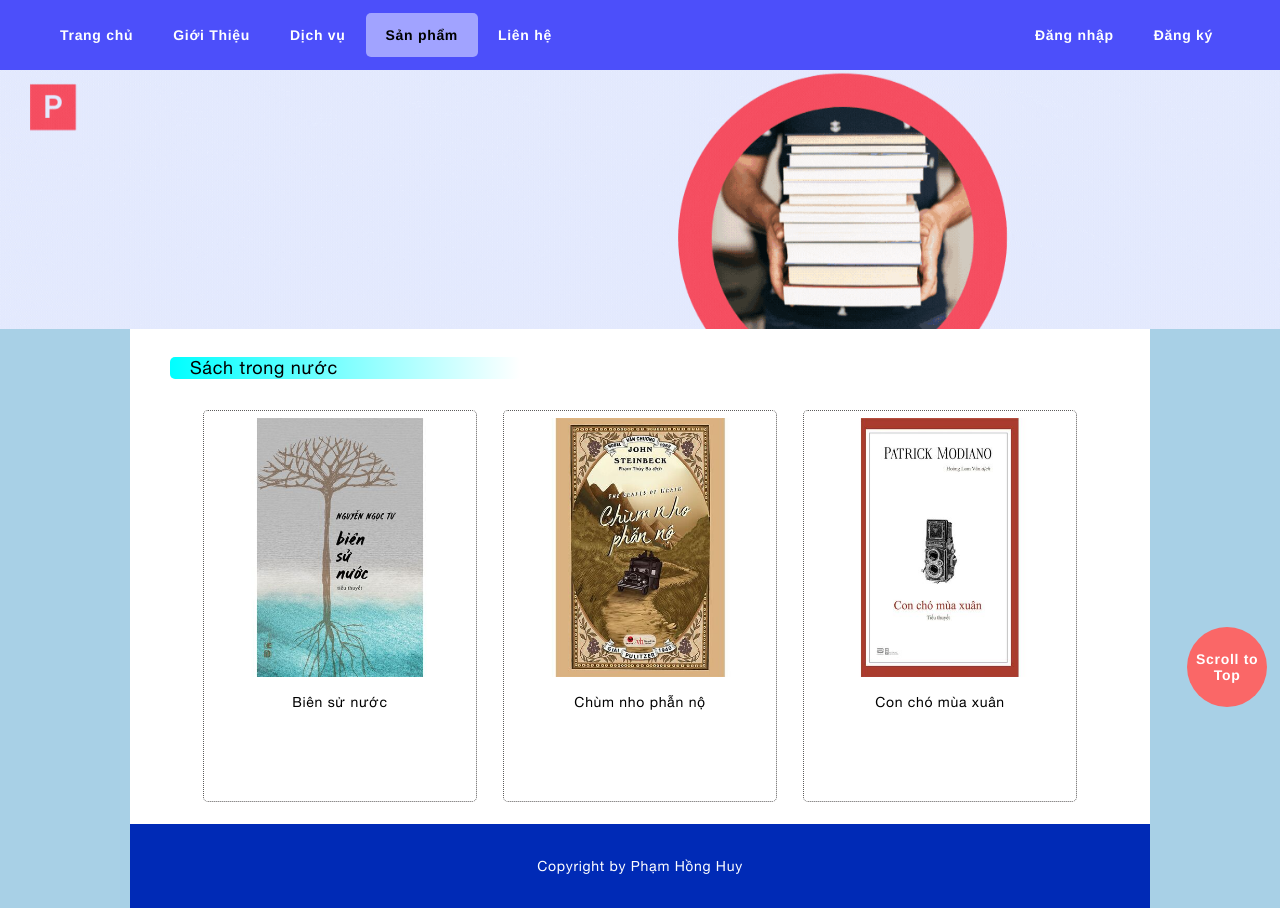
Repository: phamhonghuy/bookstore
Page: product.html
An editor plug-in stored every save of this project. The page is shown before and after the next save, followed by the edit.
The browser window is 1280 px wide. The pictures show the whole page.

Above is the page before, as saved 2021-10-14 23:23:56.

### product.html
<!DOCTYPE html>
<html lang="en">
<head>
    <meta charset="UTF-8">
    <title> Bookshop: Buy books online. Support local bookstores.</title>
    <link rel="stylesheet" href="css/style.css" type="text/css" />
    <link rel="shortcut icon" href="./image/Logo.png" />
</head>


<div class="navbar">
  <ul>
    <li><a href="./index.html">Trang chủ</a></li>
    <li><a href="./about.html">Giới Thiệu</a>
          <ul class="GT">
            <li><a href="#">Chính sách</a></li>
            <li><a href="#">Mua hàng</a></li>
            <li><a href="#">Thanh toán</a>
            </li>
          </ul>
    </li>
    <li><a href="./services.html">Dịch vụ</a>
        <ul class="GT">
        <li><a href="#">Đọc Online</a></li>
        <li><a href="#">Tư liệu</a></li>
        </li>
        </ul>
    </li>
    <li><a class="active" href="./product.html">Sản phẩm</a>
        <ul class="GT">
        <li><a href="#">Sách trong nước</a></li>
        <li><a href="#">Sách nước ngoài</a></li>
        <li><a href="#">Sách số</a>
        </li>
        </ul>
    </li>
    <li><a href="./contact.html">Liên hệ</a></li>
  </ul>
  <div class ="login">
      <ul>
        <li><a href="./login.html">Đăng nhập</a></li>
        <li><a href="./signup.html"> Đăng ký</a></li>
      </ul>
  </div>
</div>
  <div class="header">
    <h1></h1>

  </div>


  <div class="row">
  <div class="main-product-container">
    <div class="product-container">
      <div class="product-title"><p class="ebook-title-text">Sách trong nước</p></div>
      <div class="product-item">
        <div class="item">
          <a href="./item1.html"> <img src="./image/book1.jpg" alt="item1"></a>
          <p>Biên sử nước</p>
          <form>
            <button name="buy_button" type="submit" onclick="alert('Bấm vào bìa sách để xem chi tiết')" value="1">Tìm hiểu thêm</button>
          </form>
        </div>
        <div class="item">
          <a href="./item2.html"> <img src="./image/book2.jpg" alt="item1"></a>
          <p>Chùm nho phẫn nộ</p>
          <form>
            <button name="buy_button" type="submit" onclick="alert('Bấm vào bìa sách để xem chi tiết')" value="1">Tìm hiểu thêm</button>
          </form>
        </div>
        <div class="item">
          <a href="./item3.html"> <img src="./image/book3.jpg" alt="item1"></a>
          <p>Con chó mùa xuân</p>
          <form>
            <button name="buy_button" type="submit" onclick="alert('Bấm vào bìa sách để xem chi tiết')" value="1">Tìm hiểu thêm</button>
          </form>
        </div>
      </div>
    </div>

    <button onclick='window.scrollTo({top: 0, behavior: "smooth"});' class="scrollTotop">Scroll to Top</button>

  </div>

  <div class="footer">
    <p>Copyright by Phạm Hồng Huy</p>
  </div>

</html>

### css/style.css
html {
  scroll-behavior: smooth;
}
* {
    box-sizing: border-box;
    font-family: Helvetica;
    letter-spacing: 0.7px;
    font-size: 14px;
  }
  @font-face {
    font-family:Helvetica;
    src: url(/font/helveticaneue.ttf);
}


body {
    font-family:inherit;
    margin: auto;
    font-size: 1em;
    min-width: 1200px;
    background-color: #A8D0E6;

  }

.header {
    text-align: center;
    height: 25vmax;
    background: #42c9ff;
    color: white;
    background-image: url(../image/Banner.gif);
    background-repeat: no-repeat;
    background-size:cover;
    min-width: 900px;
    width: 100%;
  }

.navbar {
    display: flex;
    background-color: rgb(76, 79, 250);
    position:fixed;
    top: 0;
    width: 100%;
    height: 70px;
    align-items: center;
    z-index: 5;
  }
.navbar .active {
    background-color: rgb(161, 163, 255);
    color:#000;
    border-radius: 5px;
  }
.navbar div.login {
    display: flex;
    background-color: rgb(76, 79, 250);
    position:fixed;
    width: 300px;
    align-items: center;
    float: right;
    right: 5px;
  }

.navbar ul li a {
    color: white;
    padding: 14px 20px;
    text-decoration: none;
    text-align: center;
    font-weight: bold

  }
.navbar ul li ul li a {
    color: white;
    text-decoration: none;
    text-align: center;

  }
.navbar ul {
  display: flex;
  list-style-type: none;
  }

.navbar ul li:hover> ul {
  display: flex;
  visibility: visible;
  position: absolute;
  z-index: 3;
  overflow: hidden;
  animation: menuNar_Hover 0.5s;
  }
  @keyframes menuNar_Hover {
    from {background-color: #cfdef6; opacity: 0%;height: 0px;}
    to {background-color: #8fa5ff; opacity: 100%; height:150px;}
  }
.navbar ul a:hover {
    background:#c0cdff;
    color: #000;
    border-radius: 5px;
    animation-name: Navbar_Hover;
    animation-duration: 1.5s;

  }

  @keyframes Navbar_Hover {
    from {background-color: rgb(76, 79, 250);}
    to {background-color: #c0cdff;}
  }
  .navbar ul a:active {
    background-color: #c0cdff;
    color: #000;
    border-radius: 5px;

  }


.navbar ul li ul {
  display: flex;
  visibility: hidden;
  position: absolute;
  background:#8fa5ff;
  color: white;
  display: flex;
  flex-direction: column;
  top:60px;
  border-radius: 5px;
  list-style-type: none;
  padding-inline-start: 0px;
  height: 150px;
  margin:-5px auto;
  }

.navbar ul li ul li{
  margin: 15px;
  border-radius: 5px;
  }


.row {
    display: flex;
    flex-wrap: wrap;
    /* width: 90vmax; */
    margin: 0 130px 0;
    min-width: 900px;
  }

.side {
    flex: 30%;
    background-color: #f1f1f1;
    padding: 20px 0;
    z-index: 2;

  }
.side ul {
  list-style-type:none;
  width: 253px;
  }
.side li {
  list-style-type:none;
  }
.side li:hover> ul {
  opacity: 1;
  visibility: visible;
  animation: menuSide_Hover 0.5s linear;
  width: 230px;

  }
.side li:hover {
  background-color: #8fa5ff;
  animation-name: Side_Hover;
  animation-duration: 1.5s;
}

@keyframes menuSide_Hover {
  from {background-color: #cfdef6; opacity: 0%;width: 150px; }
  50% {width: 200px !important;}
  to {background-color: #8fa5ff; opacity: 100%; width: 230px;}
}
@keyframes Side_Hover {
  from {background-color: #cfdef6; color:#000;}
  to {background-color: #8fa5ff; color: #fff;}
}


.side ul li {
    padding: 10px;
    border-radius: 5px;
  }

.side ul ul {
  list-style-type:none;
  opacity: 0;
  visibility: hidden;
  position: absolute;
  left: 378px;
  margin: -26px 0 0 5px;
  padding-inline-start: 0;
  border-radius: 5px;
  overflow: hidden;
  text-overflow: ellipsis;
  }
.side ul ul li {
  background-color: #8fa5ff;
  margin:0;
  overflow: hidden;
  text-overflow: ellipsis;
  border-radius: 0%;
  }
.side ul ul li a {
  color: rgb(255, 255, 255);
  margin: 0;
  overflow: hidden;
  text-overflow: ellipsis;
  }

.side a {
  color: black;
  padding: 5px;
  }
.side a:link {
  text-decoration: none;
  }

.side ul {
    padding: 10px auto;
  }
.side ul li {
    padding: 10px auto;
    margin: 10px auto;
  }

.main {
    flex: 70%;
    display: flex;
    flex-direction: row;
    background-color: white;
    padding: 10px;
    flex-wrap: wrap;
  }
div.main-services {
    width: 100%;
    display: flex;
    flex-direction: column;
    background-color: white;
    padding: 10px;
    flex-wrap:nowrap;
  }
div.main-product-container {
    width: 100%;
    display: flex;
    flex-direction: row;
    background-color: white;
    padding: 10px;
    flex-wrap:nowrap;
  }
div.main-product-container {
    width: 100%;
    display: flex;
    flex-direction: row;
    background-color: white;
    padding: 10px;
    flex-wrap:nowrap;
  }
div.main-product-container div.product-item {
  width: 100%;
  display: flex;
  flex-direction: row;
  background-color: white;
  padding: 0 50px;
  flex-wrap:nowrap;

  }
  div.main-product-container div.product-title {
    width: 35%;
    border-radius: 5px;
    margin-top: auto;
    margin-bottom: auto;
    margin-left: 30px;
    background-image: linear-gradient(to right, aqua,white);
  }
  div.main-product-container div.product-title p {
    font-size: 18px;
    padding-left: 20PX;
  }
div.main-services div.ebook {
    width: 100%;
    display: flex;
    flex-direction: row;
    background-color: white;
    padding: 0 100px;
    flex-wrap:nowrap;
  }
div.main-services div.ebook-title {
    width: 90%;
    display: flex;
    flex-direction: row;
    background-color: rgb(21, 76, 255);
    margin-left: auto;
    margin-right: auto;
    border-radius: 5px;
  }
div.main-services div.ebook-title p.ebook-title-text{
  color: white;
  margin: 14px;
  font-size: 18px;
  font-weight: bold;
  }
div.main-services div.literary-material-item {
    width: 100%;
    display: flex;
    flex-direction: row;
    background-color: white;
    padding: 0 100px;
    flex-wrap:nowrap;
  }
div.main-services div.literary-material-title {
  width: 90%;
  display: flex;
  flex-direction: row;
  background-color: rgb(21, 76, 255);
  margin-left: auto;
  margin-right: auto;
  border-radius: 5px;
  }
div.main-services div.literary-material-title p {
  color: white;
  margin: 14px;
  font-size: 18px;
  font-weight: bold;
  }
div.main-services div.literary-material img {
  width:70%;
  }
div.main-about {
    display: flex;
    flex-direction: row;
    background-color: white;
    padding: 30px;
    flex-wrap: wrap;

  }
div.main-about div.about span {
  margin-left:30px;
  text-align: justify;
  }
div.main-about div.about div.img-about {
  text-align: center;
  }
div.main-about div.about div.img-about img.img-about {
  width:80%;
  margin-left:40px;
  margin-right:40px;
  }
div.item {
    flex: 25%;
    border: 1px dotted rgb(93, 91, 91);
    border-radius: 5px;
    margin: 1vmax;
    padding:0.5vmax;
    text-align: center;
    font-size: 1em;
    display: block;
    position: relative;
  }
div.item-details {
    flex: 25%;
    /* border: 1px dotted rgb(93, 91, 91); */
    border-radius: 5px;
    margin: 1vmax;
    padding:0.5vmax;
    text-align: center;
    font-size: 1em;
    display: block;
    position: relative;
  }
div.item:hover {
  animation: Box-item-transform 0.5s;
  box-shadow: 5px 5px #808080;
  }
div.item-details:hover {
  animation: Box-item-details-transform 0.5s;
  }
  @keyframes Box-item-transform{
    from {  transform:scale(1);}
    50% {transform:scale(1.05);}
    to {  transform:scale(1);
      box-shadow: 5px 5px #808080 ; }

  }
  @keyframes Box-item-details-transform{
    from {  transform:scale(1);}
    50% {transform:scale(1.05);}
    to {  transform:scale(1);; }

  }
div.item:hover > form button {
  animation: Item_Hover 0.5s;
  visibility:visible;
  }
div.item-details:hover > form button {
  animation: Item_Hover 0.5s;
  visibility:visible;
  }
  @keyframes Item_Hover {
    from { color:#000; height: 0; transform: translateY(100%)}
    to { height: 70px;transform: translateY(0)}
  }

div.item form button  {
  height: 70px;
  width: 99%;
  background-color: rgb(245, 232, 190);
  visibility: hidden;
  color:#f00;
  font-size: large;
  font-weight: bold;
  border:none ;
  }
div.item-details form button  {
  height: 70px;
  width: 99%;
  background-color: rgb(245, 232, 190);
  visibility: hidden;
  color:#f00;
  font-size: large;
  font-weight: bold;
  border:none ;
  }

div.item img {
    width: 100%;
  }
div.item-details img {
    width: 100%;
  }
.block-gia {
  margin: 10px auto;
}
.gia-ban {
    color: #ff0000;
}
.gia-cu {
  font-size: 13px;
  color: #808080;
}


button.scrollTotop{
  position: fixed;
  right: 1vmax;
  bottom: 1vmax;
  height: 80px;
  width: 80px;
  border-radius: 50%;
  border:none;
  background-color: rgb(250, 103, 103);
  color:white;
  font-weight: bold;

}

div.details {
  width: 50%;
}
div.details p.book-name {
  text-align: center;
  font-size: large;
  font-weight: bold;
}
div.details p.book-author {
  text-align: center;
}
div.details div.book-description {
  height: 600px;
}
div.details p.book-description {
  text-indent: 30px;
  text-align: justify;
  margin-right: 20px;
}

div.star {
width: 100%;
height: 15px;
display: flex;
justify-content: center;

}

.ratingStar {
  width: 15px;
  height: 15px;
  float: left;
  background-repeat: no-repeat;
  background-image: url(../image/star.png);
  font-size: 0;
  background-size: 15px;
}
.more-item {
  flex: 70%;
  display: flex;
  flex-direction: row;
  background-color: white;
  padding: 10px;
  flex-wrap: wrap;
}
#more-item {
  width:100% ;
  font-weight: bold;
}
div.main button.scrollTotop:hover {
animation:scrolltotop 1s ;
transition: width 0.5ss;
animation-direction: reverse;
}
@-webkit-keyframes scrolltotop {
  from{ background :rgb(250, 103, 103); }
  to  {background :rgb(95, 175, 250);  box-shadow: 5px 5px #808080;}
}
.footer {
  color: white;
    padding: 20px;
    text-align: center;
    background: rgb(0, 42, 182);
    width: 100%;
}

  @media screen and (max-width: 700px) {
    .row, .navbar {
      flex-direction: column;
    }
  }

After the next save:
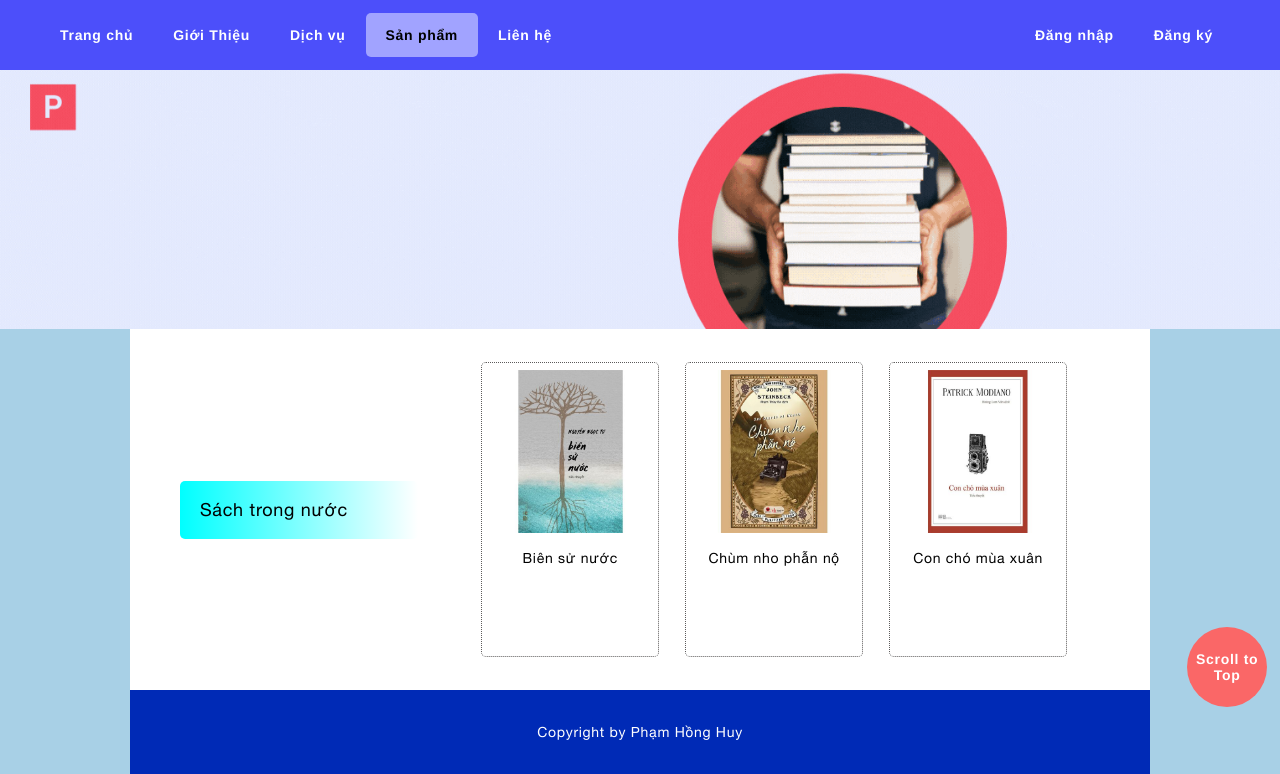
Saved 4 s later.
--- a/css/style.css
+++ b/css/style.css
@@ -250,7 +250,7 @@ div.main-product-container {
     padding: 10px;
     flex-wrap:nowrap;
   }
-div.main-product-container {
+div.product-container {
     width: 100%;
     display: flex;
     flex-direction: row;
